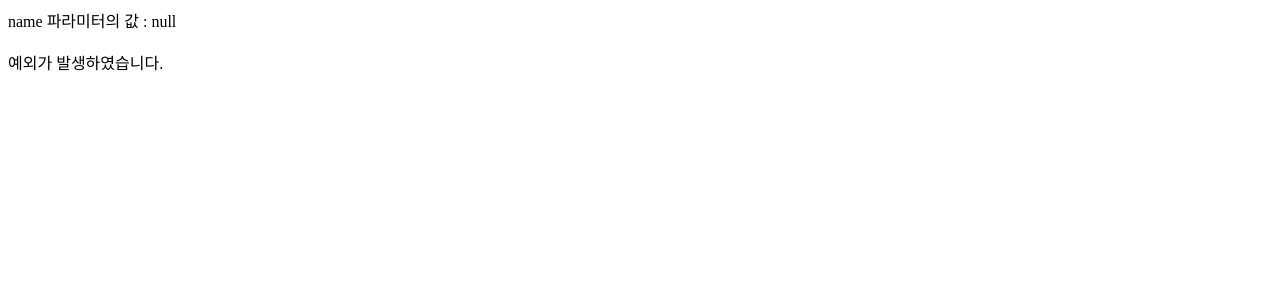
Repository: kr1124/jsp
Page: http://localhost/ServletProject/jstl/catchEx.jsp
These files come from the project's save history. The page is drawn as it stood at one moment and after the next save; the edit follows.
The browser window is 1280 px wide. The pictures show the whole page.
The page is served by Tomcat 9.

Above is the page before, as saved 2024-12-19 02:58:56.

After the next save:
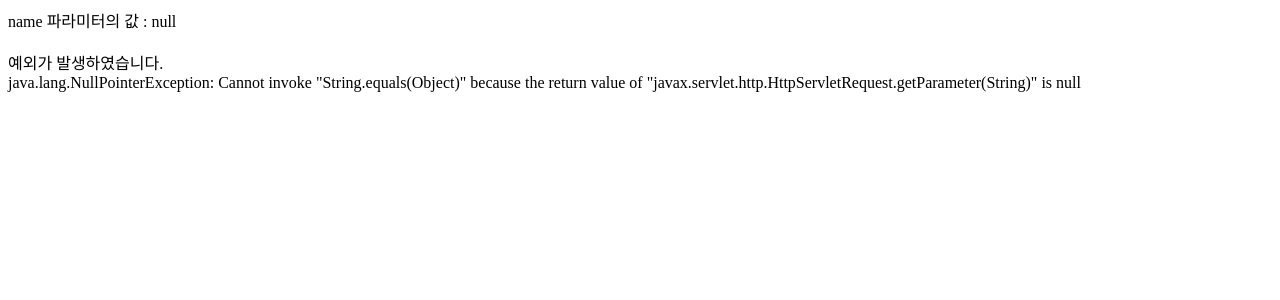
Saved 52 s later.
--- a/ServletProject/src/main/webapp/jstl/catchEx.jsp
+++ b/ServletProject/src/main/webapp/jstl/catchEx.jsp
@@ -20,7 +20,8 @@
 	</c:catch>
 	<br>
 	<c:if test="${ex ne null }">
-		예외가 발생하였습니다.
+		예외가 발생하였습니다. <br>
+		${ex }
 	</c:if>
 </body>
 </html>
